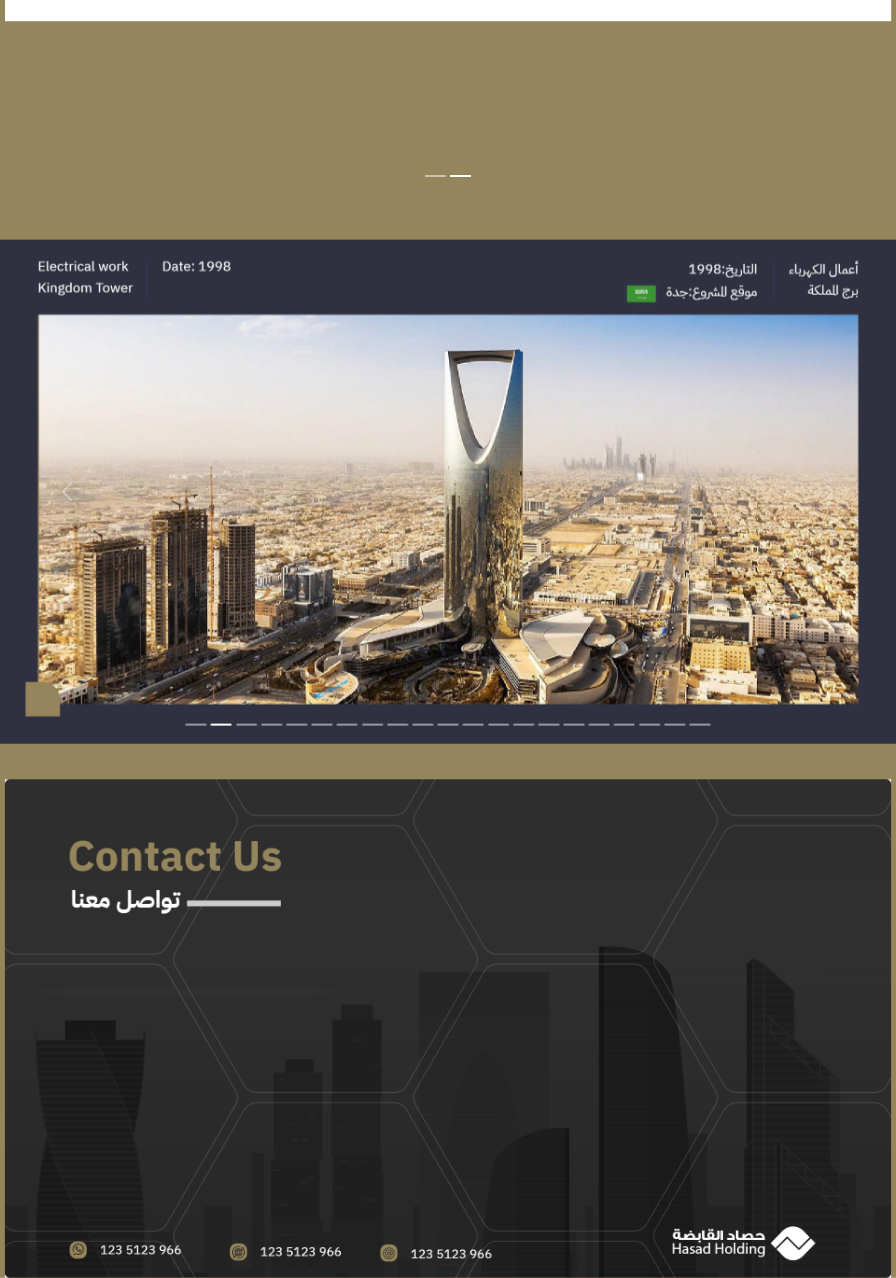
Repository: shahzaibrehman123/hasad-holding
Page: /
These files come from the project's save history. The page is drawn as it stood at one moment and after the next save; the edit follows.
The browser window is 1280 px wide. The pictures show the part of the page from y = 3845 to 5765 px (the page is 5671 px tall before and 5831 px after), at 70% of full size.
The project was rebuilt for these pictures with package versions that can differ from the ones it lists, and the page was loaded fresh each time.

Above is the page before, as saved 2023-11-07 18:33:42.

After the next save:
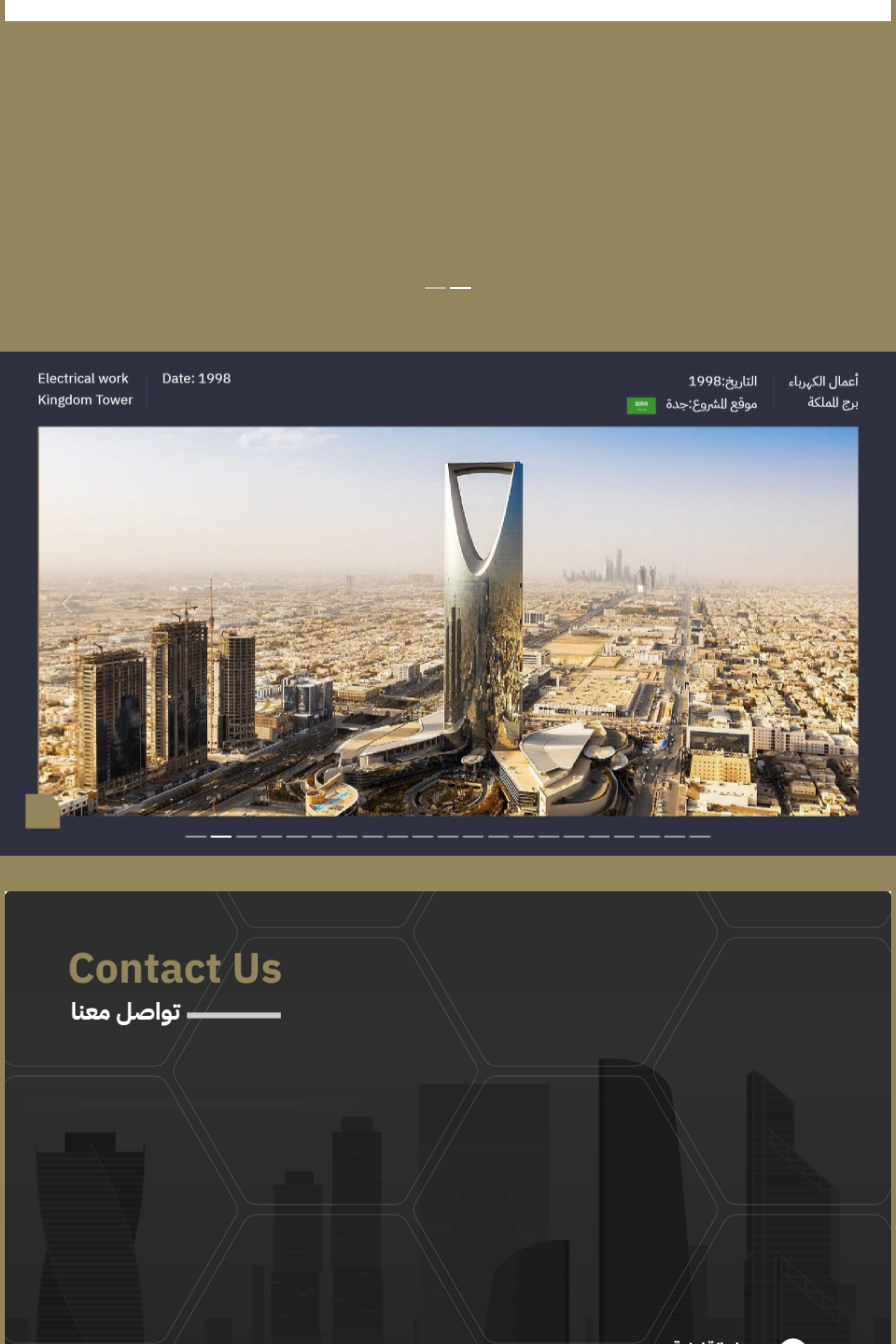
Saved 5 s later.
--- a/src/components/ClientAndPartners/style.css
+++ b/src/components/ClientAndPartners/style.css
@@ -1,6 +1,6 @@
 .cp-container{
     margin:0px 7px 5% 7px;
-    height: 60rem;
+    height: 70rem;
 }
 .img-responsive {
     width: 100%;
